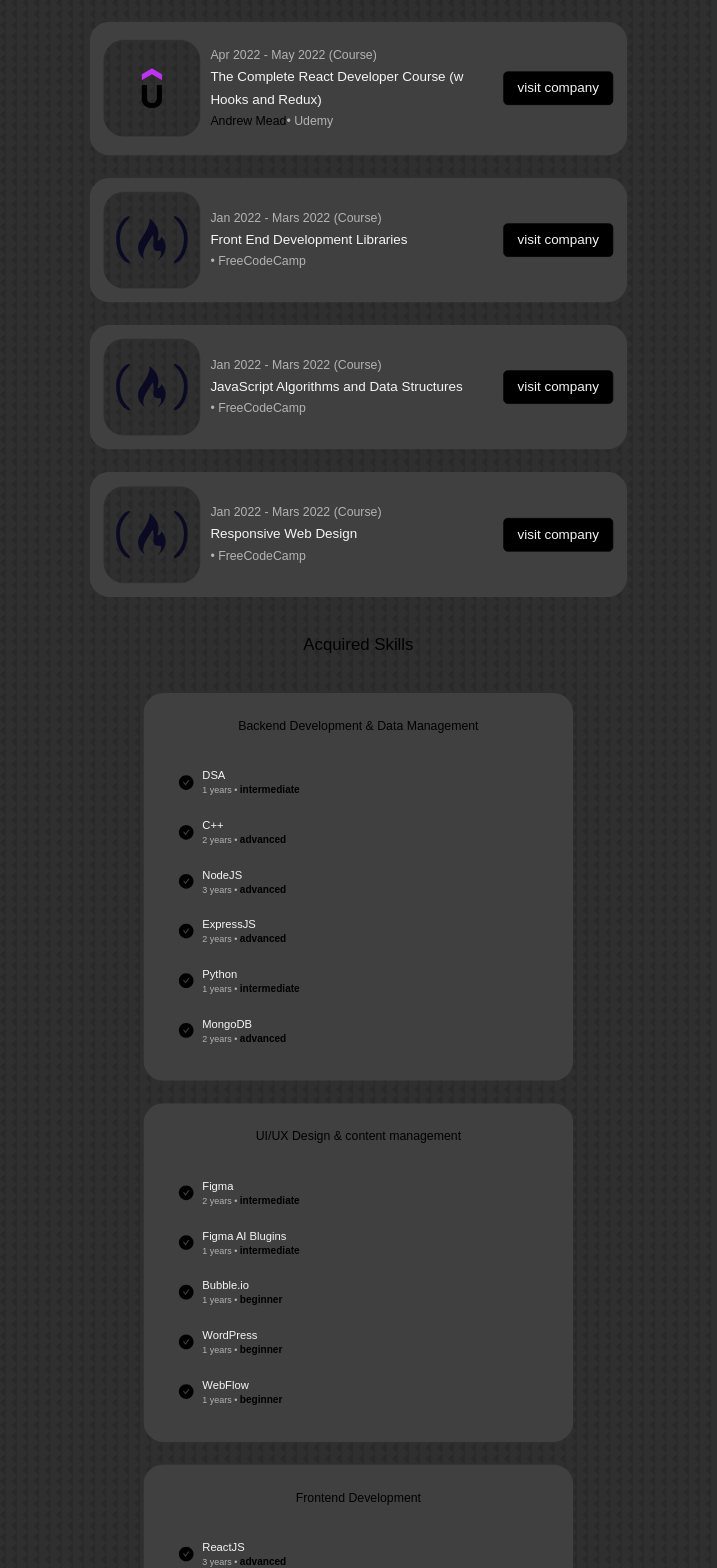
Repository: Z-Bahaa/project_joker_react_portfolio
Page: /
These files come from the project's save history. The page is drawn as it stood at one moment and after the next save; the edit follows.
The browser window is 1024 px wide. The pictures show the part of the page from y = 4260 to 6500 px (the page is 8663 px tall before and 8096 px after), at 70% of full size.
Some web fonts or font styles are not loaded; a fallback is used. The project was rebuilt for these pictures with package versions that can differ from the ones it lists, and the page was loaded fresh each time. Imported but missing from the stored project, and not drawn on this page: src/assets/resume.pdf.

Above is the page before, as saved 2023-08-21 18:50:59.

After the next save:
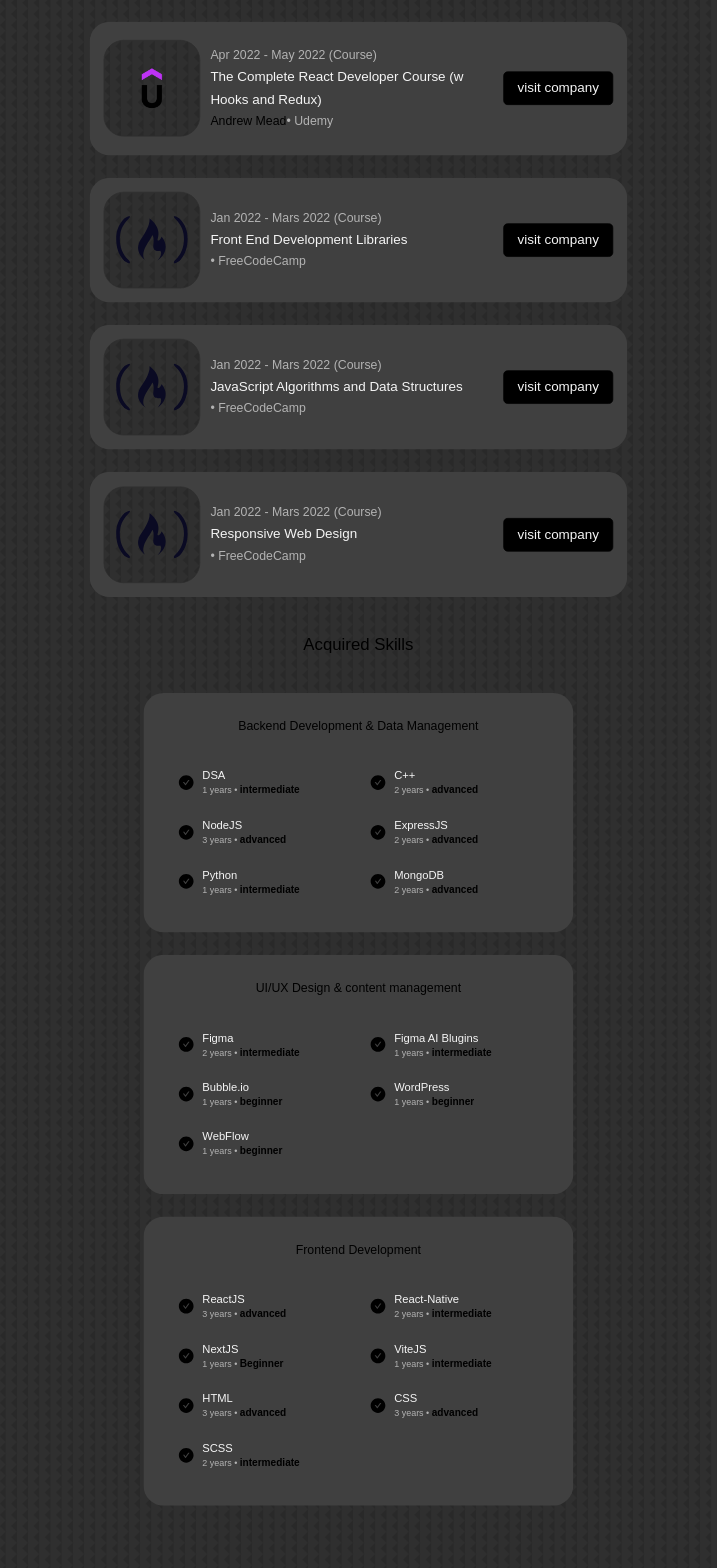
Saved 34 s later.
--- a/src/components/experience/experience.css
+++ b/src/components/experience/experience.css
@@ -198,7 +198,7 @@
     padding: 1rem;
     width: 100%;
     align-items: center;
-    grid-template-columns: 1fr;
+    /* grid-template-columns: 1fr; */
   }
 }
 
